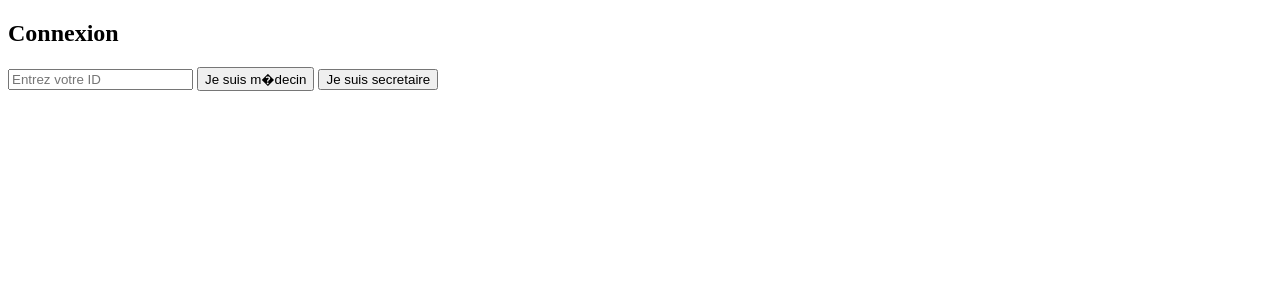
Repository: Caleb-St/CabinetMedical
Page: http://localhost/main.php
The author's editor kept a copy of each file at every save. The page is drawn from the files as they stood at one save, then again after the next save.
The browser window is 1280 px wide. The pictures show the whole page.
The page is run by PHP 8.4 with error messages shown; the project is at /var/www/html/.

Above is the page before, as saved 2016-04-07 23:52:14.

After the next save:
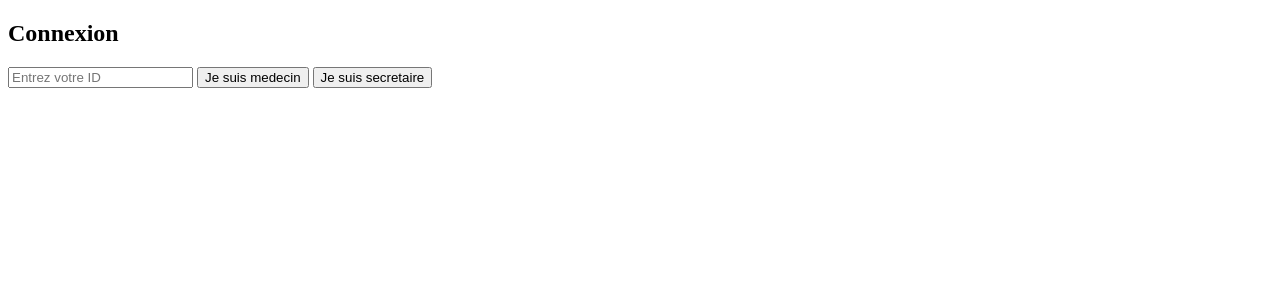
Saved 63 s later.
--- a/dbphp/main.php
+++ b/dbphp/main.php
@@ -11,7 +11,7 @@
 <h2>Connexion</h2>
 <form method="post" action="/CabinetMedical/dbphp/connectDB.php">
 	<input type="text" placeholder="Entrez votre ID" name="userID">
-	<input type="submit" name="medecin" value="Je suis médecin">
+	<input type="submit" name="medecin" value="Je suis medecin">
 	<input type="submit" name="secretaire" value="Je suis secretaire">
 </form>
 
